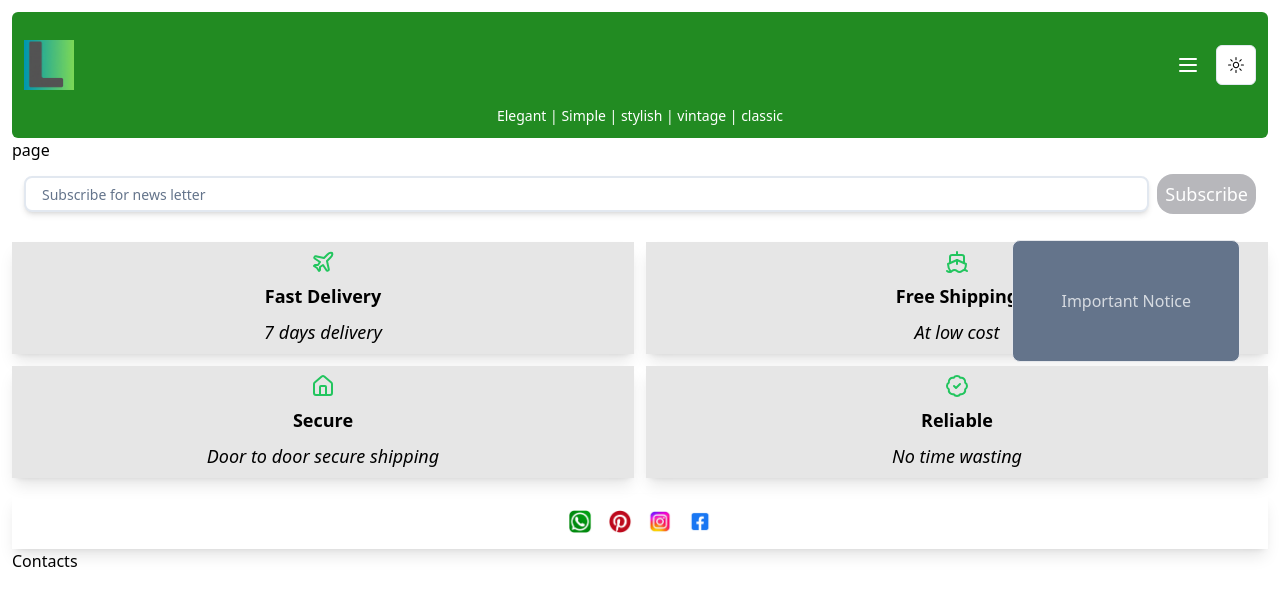
Repository: Semanmernstack/bisi-abejide
Page: /bb
The author's editor kept a copy of each file at every save. The page is drawn from the files as they stood at one save, then again after the next save.
The browser window is 1280 px wide. The pictures show the whole page.
The project was rebuilt for these pictures with package versions that can differ from the ones it lists, and the page was loaded fresh each time. The framework's server and built-in components were replaced by stand-ins that run in the browser. Also part of the build but not shown: next.config.mjs.

Above is the page before, as saved 2024-04-19 08:55:36.

After the next save:
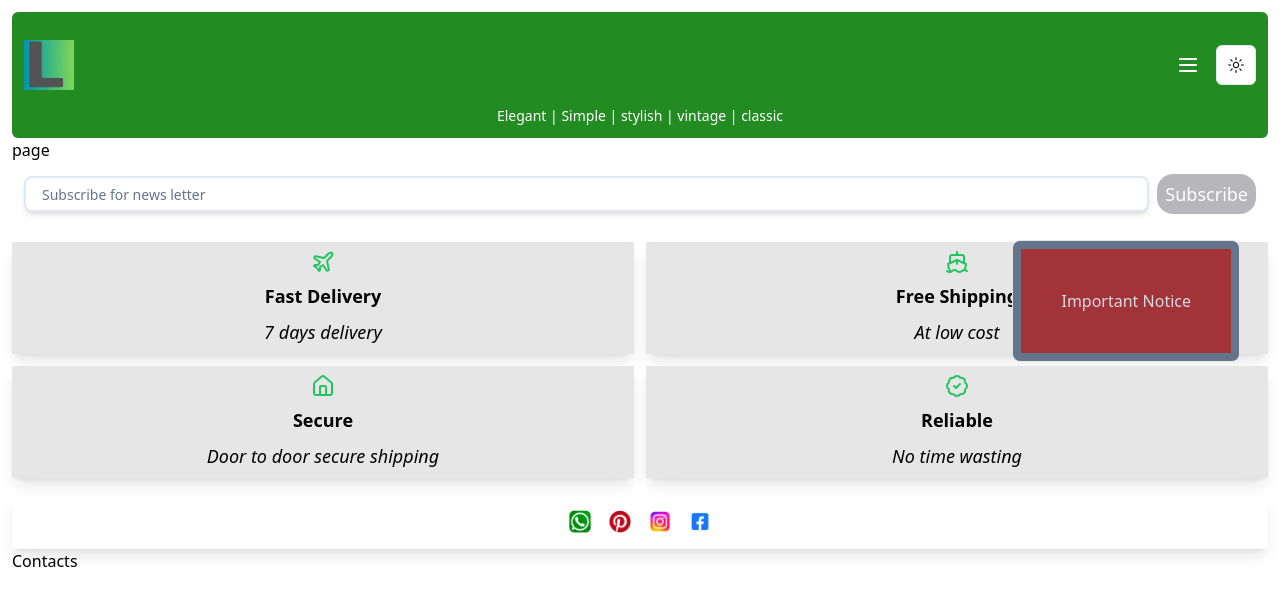
Saved 3 min 46 s later.
--- a/components/Ai.tsx
+++ b/components/Ai.tsx
@@ -15,10 +15,10 @@ function Ai() {
   return (
 
 
-  <div className=' flex max-w-2xl mx-auto p-5 lg:p-10 animate-pulse  ' >
+  <div className=' flex max-w-2xl mx-auto p-5 lg:p-10 bg-red-700 animate-pulse  ' >
 
   <Popup className='text-lg md:text-xl' trigger={<button>Important Notice</button>} position="bottom center">
-    <div className='p-15'>Lolaflo mission is to build.... </div>
+    <div className='p-15'>Lolaflo mission is to build...</div>
   </Popup>
 
   </div>
